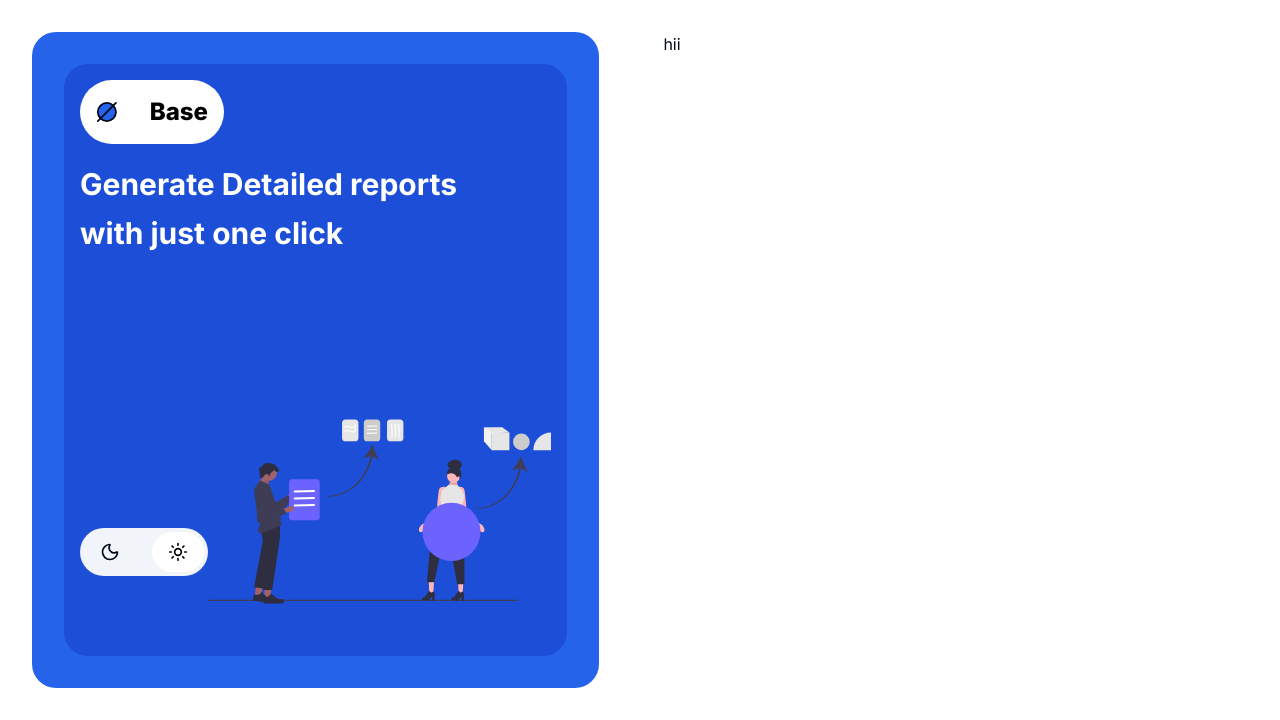
Repository: Hardyy00/openinapp_assignment
Page: /
An editor plug-in stored every save of this project. The page is shown before and after the next save, followed by the edit.
The browser window is 1280 px wide. The pictures show the whole page.
The project was rebuilt for these pictures with package versions that can differ from the ones it lists, and the page was loaded fresh each time. The framework's server and built-in components were replaced by stand-ins that run in the browser. Also part of the build but not shown: next.config.mjs.

Above is the page before, as saved 2024-08-23 16:01:06.

### app/layout.tsx
import type { Metadata } from "next";
import { Inter } from "next/font/google";
import "./globals.css";
import { ThemeProvider } from "@/components/theme-provider";

const inter = Inter({ subsets: ["latin"] });

export const metadata: Metadata = {
  title: "Create Next App",
  description: "Generated by create next app",
};

export default function RootLayout({
  children,
}: Readonly<{
  children: React.ReactNode;
}>) {
  return (
    <html lang="en">
      <body className={inter.className}>
        <ThemeProvider
          attribute="class"
          defaultTheme="system"
          storageKey="base"
        >
          {children}
        </ThemeProvider>
      </body>
    </html>
  );
}

### app/(auth)/layout.tsx
import { ThemeToggle } from "@/components/theme-toggle";
import { CircleSlash2 } from "lucide-react";
import Image from "next/image";
import { Intro } from "./_components/intro";
import { Navbar } from "./_components/navbar";

export default function Layout({ children }: { children: React.ReactNode }) {
  return (
    <div className="h-full w-full">
      <Navbar />
      <div className="w-full h-full flex flex-col lg:flex-row">
        <Intro />

        <div>{children}</div>
      </div>
    </div>
  );
}

### app/(auth)/page.tsx
export default function Page() {
  return (
    <div className="h-full p-8">
      <div className="">hii</div>
    </div>
  );
}

### app/(auth)/_components/intro.tsx
import { ThemeToggle } from "@/components/theme-toggle";
import { CircleSlash2 } from "lucide-react";
import Image from "next/image";

export const Intro: React.FC = () => {
  return (
    <div className="flex-[0.5] p-8 hidden lg:block">
      <div className="p-8 bg-blue-600 h-full rounded-3xl">
        <div className="p-4 bg-blue-700 h-full rounded-3xl flex flex-col gap-y-4 justify-between">
          <div className="p-4 flex items-center bg-white rounded-full w-[9rem] space-x-8">
            <CircleSlash2 className="stroke-white-600 fill-blue-600 h-7 w-7" />
            <h1 className="text-black font-extrabold text-2xl ">Base</h1>
          </div>

          <div className="w-[80%]">
            <p className="text-3xl font-bold text-wrap leading-relaxed text-white">
              Generate Detailed reports with just one click
            </p>
          </div>

          <div className=" flex h-[24rem]">
            <div className="flex-[0.3] self-end pb-16">
              <ThemeToggle className="w-[8rem]" />
            </div>
            <div className="flex-1 h-[70%] self-end  relative">
              {/* <div className="h-[70%]"> */}
              {/* <div className=" relative h-[70%] "> */}
              <Image src={"/auth.svg"} fill alt="svg" />
              {/* </div> */}
              {/* </div> */}
            </div>
          </div>
        </div>
      </div>
    </div>
  );
};

### app/(auth)/_components/navbar.tsx
import { CircleSlash2 } from "lucide-react";

export const Navbar: React.FC = () => {
  return (
    <div className="lg:hidden sticky top-0 bg-blue-600 text-black p-4">
      <div className="flex">
        <CircleSlash2 className="fill-white stroke-blue-600 h-8 w-8" />
      </div>
    </div>
  );
};

### components/theme-toggle.tsx
"use client";

import { Moon, Sun } from "lucide-react";
import { useTheme } from "next-themes";
import { Button } from "./ui/button";
import { cn } from "@/lib/utils";
import { useState } from "react";

interface ToggleThemeProps {
  className?: string;
}

export const ThemeToggle: React.FC<ToggleThemeProps> = ({ className = "" }) => {
  const { setTheme } = useTheme();
  const [on, setOn] = useState<String>("sun");

  const handleClick = (type: string) => {
    if (type === "sun") {
      setOn("sun");
      setTheme("light");
    } else {
      setOn("moon");
      setTheme("dark");
    }
  };

  return (
    <div className={cn("w-[10rem] p-1 rounded-full bg-secondary", className)}>
      <div className="flex w-full items-center justify-between">
        <Button
          variant={"ghost"}
          className={cn(
            "p-4 rounded-[4rem] transition-all",
            on === "moon" && "bg-black text-white"
          )}
          onClick={() => handleClick("moon")}
        >
          <Moon className="h-5 w-5" />
        </Button>

        <Button
          variant={"ghost"}
          className={cn(
            "p-4 rounded-[4rem] hover:bg-white hover:text-black transition-all",
            on === "sun" && "bg-white text-black"
          )}
          onClick={() => handleClick("sun")}
        >
          <Sun className="h-5 w-5" />
        </Button>
      </div>
    </div>
  );
};

### components/ui/button.tsx
import * as React from "react";
import { Slot } from "@radix-ui/react-slot";
import { cva, type VariantProps } from "class-variance-authority";

import { cn } from "@/lib/utils";

const buttonVariants = cva(
  "inline-flex items-center justify-center whitespace-nowrap rounded-md text-sm font-medium ring-offset-background transition-colors focus-visible:outline-none focus-visible:ring-2 focus-visible:ring-ring focus-visible:ring-offset-2 disabled:pointer-events-none disabled:opacity-50",
  {
    variants: {
      variant: {
        primary: "bg-blue-600 text-primary-foreground",
        default: "bg-primary text-primary-foreground hover:bg-primary/90",
        destructive:
          "bg-destructive text-destructive-foreground hover:bg-destructive/90",
        outline:
          "border border-input bg-background hover:bg-accent hover:text-accent-foreground",
        secondary:
          "bg-secondary text-secondary-foreground hover:bg-secondary/80",
        ghost: "hover:bg-accent hover:text-accent-foreground",
        link: "text-primary underline-offset-4 hover:underline",
      },
      size: {
        default: "h-10 px-4 py-2",
        sm: "h-9 rounded-md px-3",
        lg: "h-11 rounded-md px-8",
        icon: "h-10 w-10",
      },
    },
    defaultVariants: {
      variant: "default",
      size: "default",
    },
  }
);

export interface ButtonProps
  extends React.ButtonHTMLAttributes<HTMLButtonElement>,
    VariantProps<typeof buttonVariants> {
  asChild?: boolean;
}

const Button = React.forwardRef<HTMLButtonElement, ButtonProps>(
  ({ className, variant, size, asChild = false, ...props }, ref) => {
    const Comp = asChild ? Slot : "button";
    return (
      <Comp
        className={cn(buttonVariants({ variant, size, className }))}
        ref={ref}
        {...props}
      />
    );
  }
);
Button.displayName = "Button";

export { Button, buttonVariants };

Loaded but not shown: app/globals.css (common file); components/theme-provider.tsx (common file); lib/utils.ts (common file); tailwind.config.ts (common file)

After the next save:
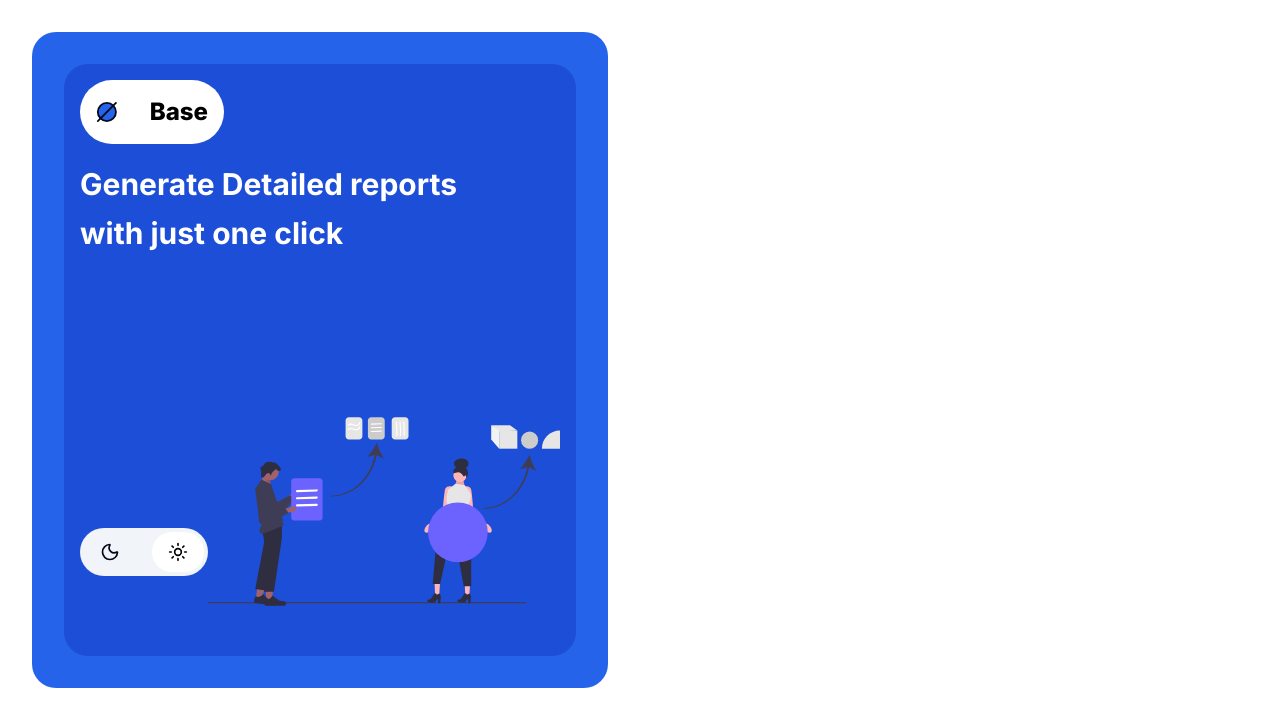
Saved 3 min 8 s later.
--- a/app/(auth)/page.tsx
+++ b/app/(auth)/page.tsx
@@ -1,7 +1,7 @@
 export default function Page() {
   return (
     <div className="h-full p-8">
-      <div className="">hii</div>
+      <div className="h-full"></div>
     </div>
   );
 }

After the 2 saves that followed:
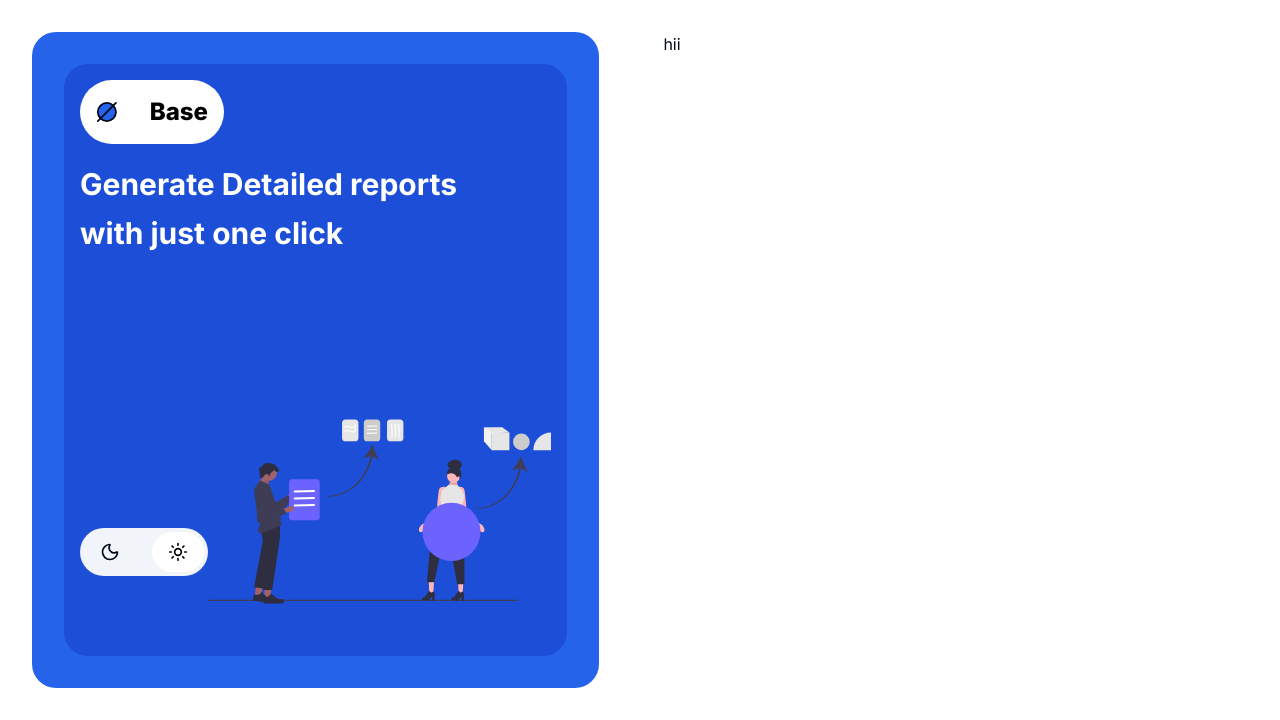
The 2 saves are shown as one change because 1 left the picture as it was.
The last was saved 21 s later.
--- a/app/(auth)/page.tsx
+++ b/app/(auth)/page.tsx
@@ -1,7 +1,9 @@
 export default function Page() {
   return (
     <div className="h-full p-8">
-      <div className="h-full"></div>
+      <div className="h-full flex">
+        <div>hii</div>
+      </div>
     </div>
   );
 }
